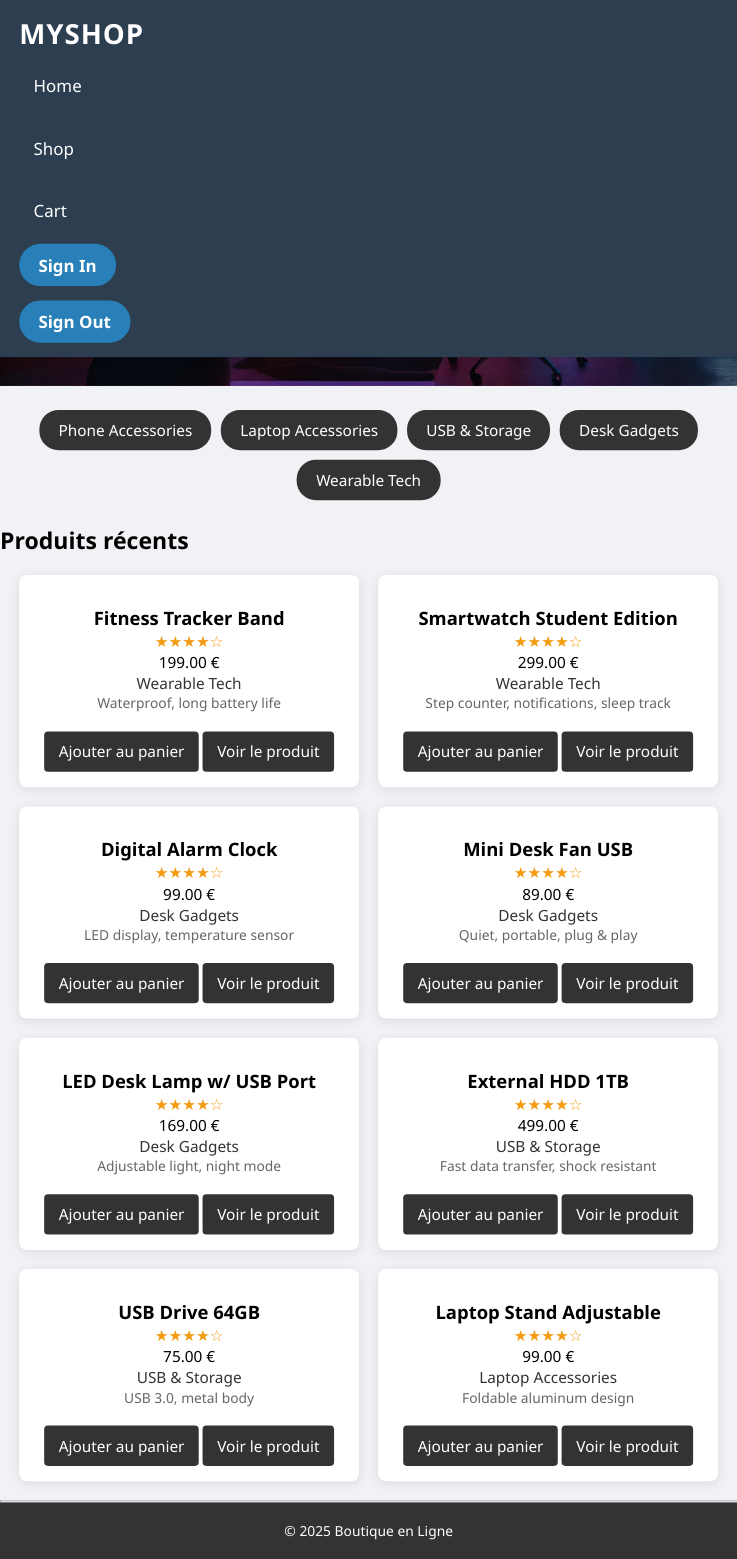
Repository: kiraj-walid/ecomerce
Page: http://localhost/
These files come from the project's save history. The page is drawn as it stood at one moment and after a run of saves; the edit follows.
The browser window is 768 px wide. The pictures show the whole page, at 96% of full size.
The page is run by PHP 8.4 with error messages shown; the project is at /var/www/html/. The database holds what the project's SQL file puts in it. Queries for data that is not in the repository find no rows.

Above is the page before, as saved 2025-05-07 15:15:59.

After the next 2 saves:
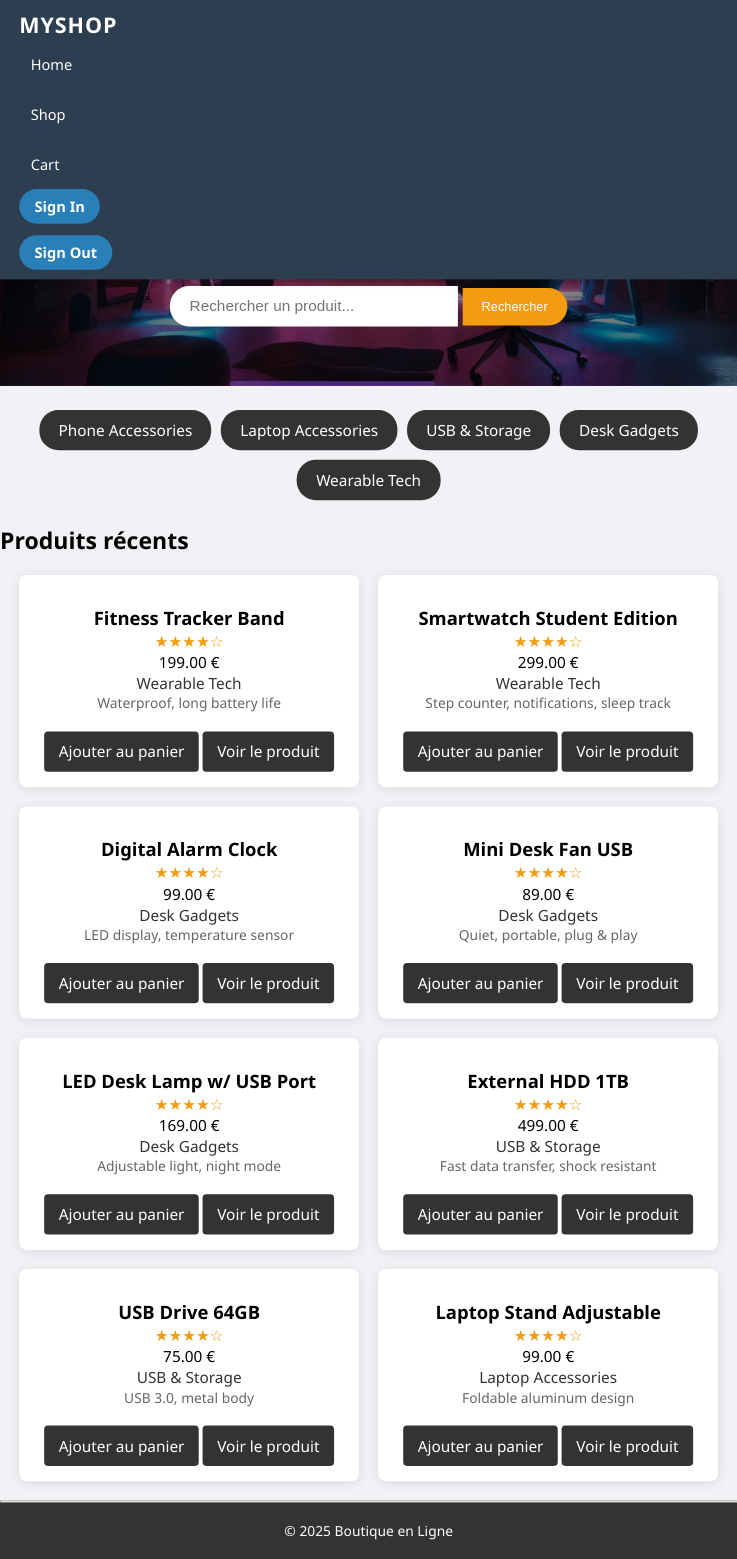
The 2 saves are shown as one change because they came seconds apart.
The last was saved 90 s later.
--- a/assets/css/style.css
+++ b/assets/css/style.css
@@ -12,7 +12,7 @@ body {
 /* Navbar */
 nav {
     background-color: #2C3E50; /* Dark blue */
-    padding: 15px 20px;
+    padding: 10px 20px; /* Reduced padding */
     position: fixed;
     top: 0;
     left: 0;
@@ -32,7 +32,7 @@ nav .nav-container {
 
 /* Logo */
 nav .logo {
-    font-size: 1.8em;
+    font-size: 1.4em; /* Smaller font size for logo */
     color: white;
     font-weight: bold;
     text-transform: uppercase;
@@ -43,7 +43,7 @@ nav .logo {
 /* Centered navigation links */
 nav .nav-links {
     display: flex;
-    gap: 25px;
+    gap: 20px; /* Reduced gap between links */
     margin-left: auto;
     margin-right: auto; /* Centering the links */
 }
@@ -51,9 +51,9 @@ nav .nav-links {
 nav .nav-links a {
     color: white;
     text-decoration: none;
-    font-size: 1.1em;
-    padding: 8px 15px;
-    border-radius: 30px;
+    font-size: 0.95em; /* Slightly smaller font size */
+    padding: 6px 12px; /* Smaller padding */
+    border-radius: 25px; /* Slightly smaller rounded corners */
     transition: background-color 0.3s ease, color 0.3s ease;
 }
 
@@ -65,17 +65,17 @@ nav .nav-links a:hover {
 /* Auth links on the right (Sign In / Sign Out) */
 nav .auth-links {
     display: flex;
-    gap: 15px;
+    gap: 12px; /* Reduced gap between buttons */
 }
 
 nav .sign-in-btn, nav .sign-out-btn {
     color: white;
     text-decoration: none;
-    font-size: 1.1em;
+    font-size: 0.95em; /* Smaller font size */
     font-weight: bold;
-    padding: 10px 20px;
+    padding: 8px 16px; /* Smaller padding */
     background-color: #2980B9; /* Blue background */
-    border-radius: 30px;
+    border-radius: 25px; /* Smaller rounded corners */
     transition: background-color 0.3s ease;
 }
 
@@ -95,16 +95,15 @@ nav .sign-in-btn:hover, nav .sign-out-btn:hover {
         flex-direction: column;
         align-items: flex-start;
         margin-left: 0;
-        margin-top: 15px;
+        margin-top: 10px;
     }
 
     nav .auth-links {
-        margin-top: 15px;
+        margin-top: 10px;
         flex-direction: column;
         align-items: flex-start;
     }
 }
-
 
 /* Hero Section */
 .hero-section {
